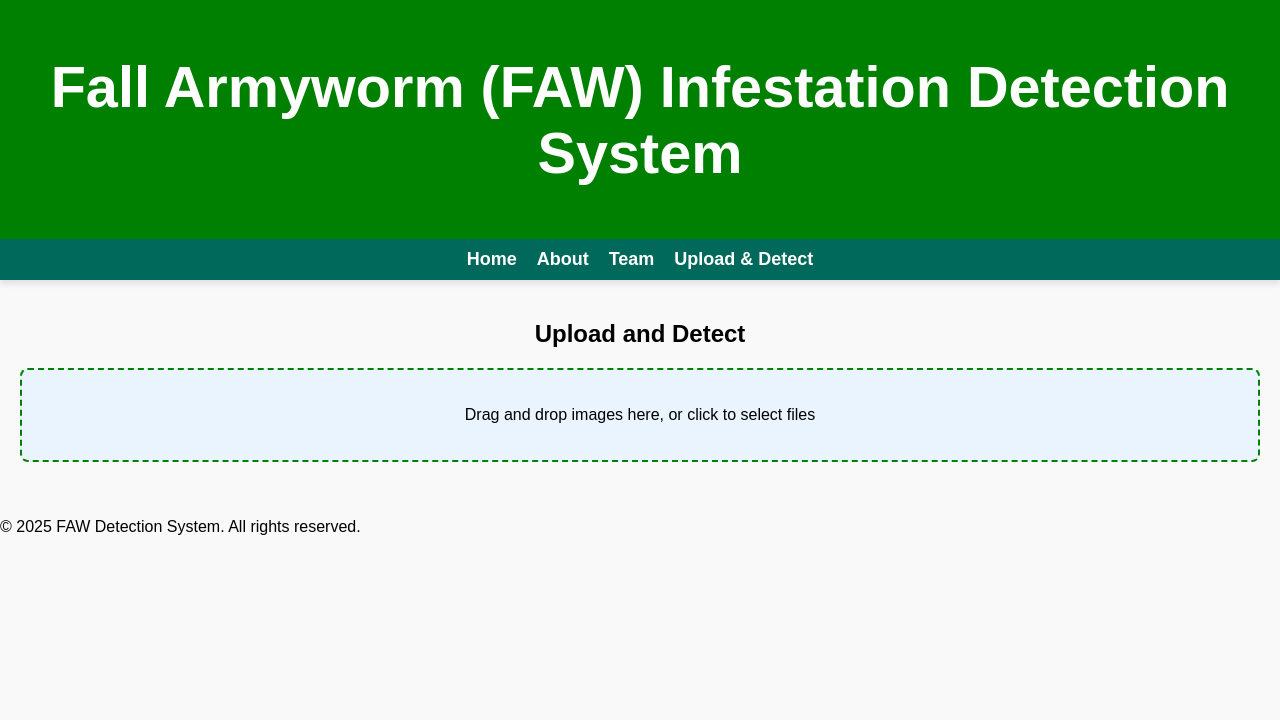
Repository: jansen223/faw-detection-main
Page: /upload-and-detect
An editor plug-in stored every save of this project. The page is shown before and after the next save, followed by the edit.
The browser window is 1280 px wide. The pictures show the whole page.
The project was rebuilt for these pictures with package versions that can differ from the ones it lists, and the page was loaded fresh each time. Also part of the build but not shown: src/pages/Home.css, src/pages/Home.js, src/pages/About.css, src/pages/About.js, src/pages/Team.css, src/pages/Team.js, src/pages/Summary.css, src/pages/Summary.js.

Above is the page before, as saved 2025-04-29 18:56:24.

After the next save:
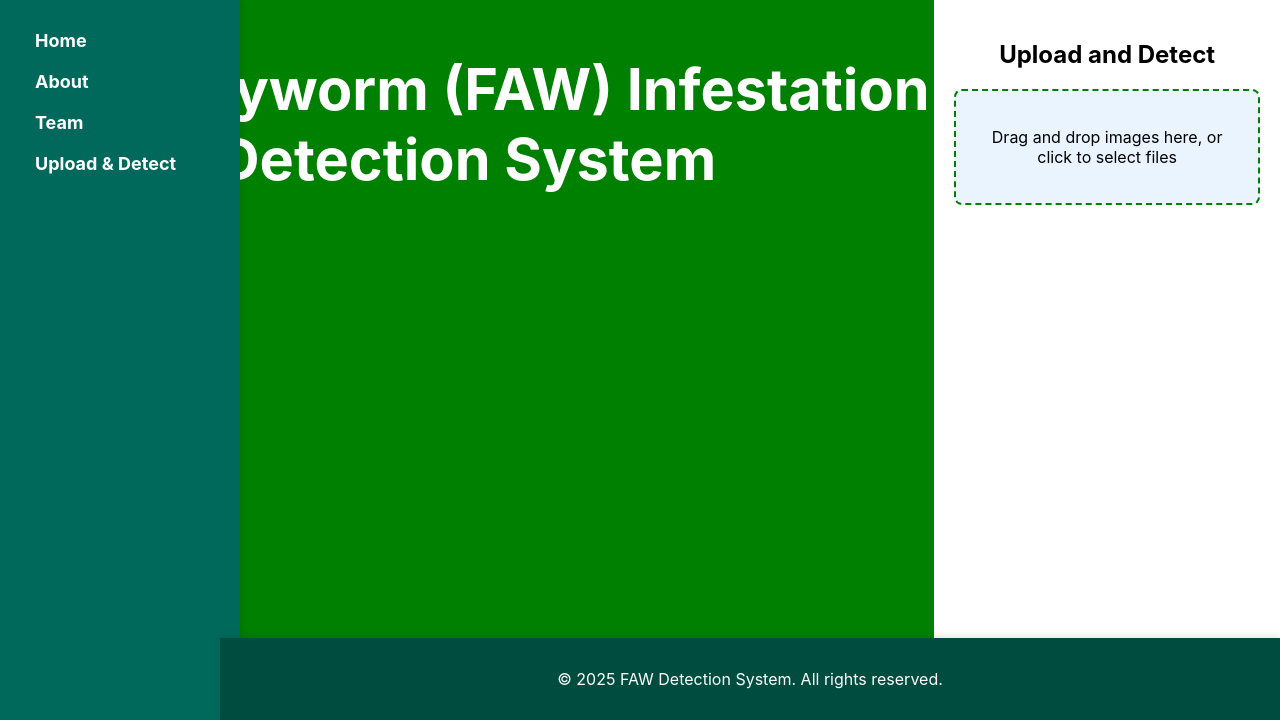
Saved 2 min 49 s later.
--- a/src/App.css
+++ b/src/App.css
@@ -1,14 +1,7 @@
-html,
-body {
-  margin: 0;
-  padding: 0;
-  font-family: 'Arial', sans-serif; /* Use a clean, modern font */
-  background-color: #f9f9f9; /* Light background for better readability */
-}
-
+/* General App Styling */
 .App {
   display: flex;
-  flex-direction: column;
+  flex-direction: row; /* Change layout to row for sidebar */
   min-height: 100vh;
 }
 
@@ -19,28 +12,32 @@
   font-size: 1.8rem;
   font-weight: bold;
   padding: 15px 0;
+  width: 100%; /* Ensure header spans the full width */
 }
 
 .App-navbar {
   background-color: #00695c;
   color: white;
-  padding: 10px 20px;
+  padding: 20px;
   display: flex;
-  justify-content: center;
-  align-items: center;
-  box-shadow: 0 4px 6px rgba(0, 0, 0, 0.1);
+  flex-direction: column; /* Stack links vertically */
+  gap: 15px;
+  width: 200px; /* Fixed width for the sidebar */
+  height: 100vh; /* Full height of the viewport */
+  position: fixed; /* Keep the sidebar fixed */
+  top: 0;
+  left: 0;
+  box-shadow: 2px 0 6px rgba(0, 0, 0, 0.1);
 }
 
 .App-navbar ul {
   list-style: none;
-  display: flex;
-  gap: 20px;
+  padding: 0;
   margin: 0;
-  padding: 0;
 }
 
 .App-navbar li {
-  display: inline;
+  margin: 0;
 }
 
 .App-navbar a {
@@ -48,22 +45,33 @@
   text-decoration: none;
   font-weight: bold;
   font-size: 18px;
+  padding: 10px 15px;
+  display: block;
+  border-radius: 4px;
+  transition: background-color 0.3s ease;
 }
 
 .App-navbar a:hover {
-  text-decoration: underline;
+  background-color: #004d40;
 }
 
-.dropzone {
-  border: 2px dashed green;
+/* Main Content Styling */
+.App-content {
+  margin-left: 220px; /* Add margin to account for the sidebar */
   padding: 20px;
-  text-align: center;
-  margin-bottom: 20px;
+  flex: 1; /* Allow content to take up remaining space */
 }
 
-.map-container {
-  margin-top: 20px;
-  border: 1px solid #ddd;
-  border-radius: 8px;
-  overflow: hidden;
+/* Footer Styling */
+.App-footer {
+  background-color: #004d40;
+  color: white;
+  text-align: center;
+  padding: 15px 0;
+  margin-top: auto;
+  position: fixed;
+  bottom: 0;
+  left: 220px; /* Align with the content area */
+  width: calc(100% - 220px); /* Adjust width to exclude sidebar */
+  box-shadow: 0 -2px 6px rgba(0, 0, 0, 0.1);
 }

After the save that followed:
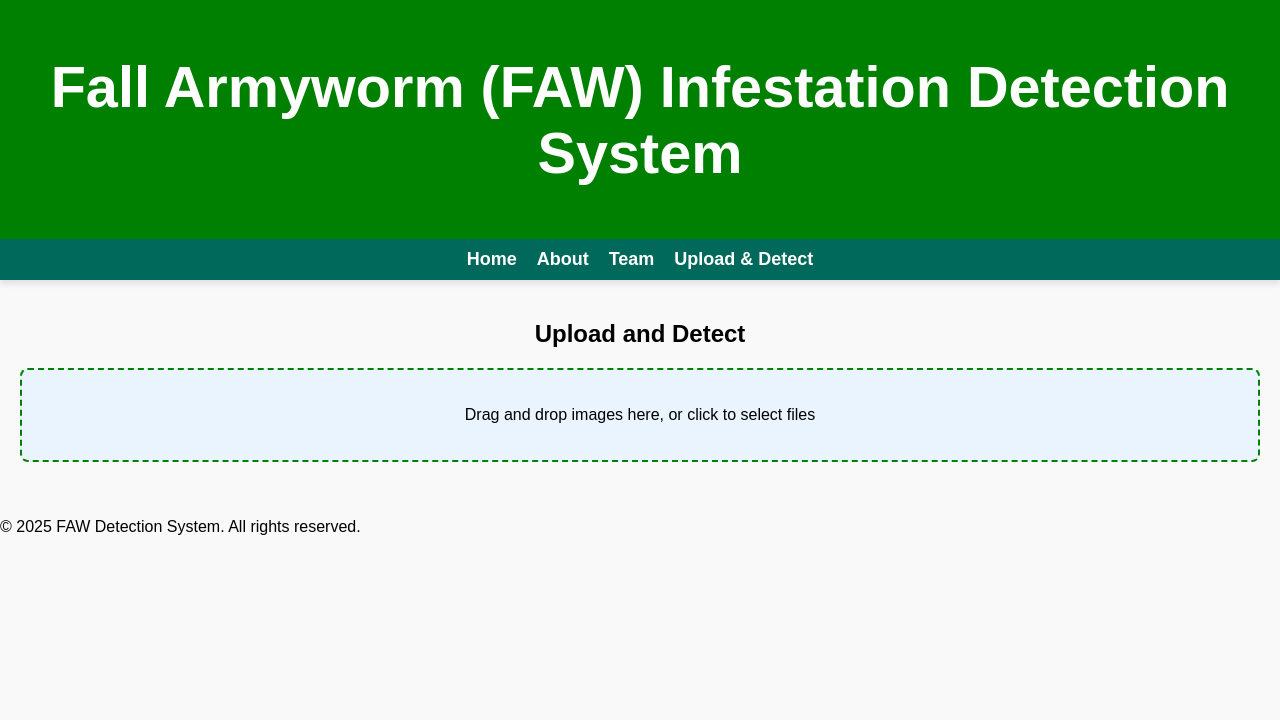
Saved 30 s later.
--- a/src/App.css
+++ b/src/App.css
@@ -1,7 +1,14 @@
-/* General App Styling */
+html,
+body {
+  margin: 0;
+  padding: 0;
+  font-family: 'Arial', sans-serif; /* Use a clean, modern font */
+  background-color: #f9f9f9; /* Light background for better readability */
+}
+
 .App {
   display: flex;
-  flex-direction: row; /* Change layout to row for sidebar */
+  flex-direction: column;
   min-height: 100vh;
 }
 
@@ -12,32 +19,28 @@
   font-size: 1.8rem;
   font-weight: bold;
   padding: 15px 0;
-  width: 100%; /* Ensure header spans the full width */
 }
 
 .App-navbar {
   background-color: #00695c;
   color: white;
-  padding: 20px;
+  padding: 10px 20px;
   display: flex;
-  flex-direction: column; /* Stack links vertically */
-  gap: 15px;
-  width: 200px; /* Fixed width for the sidebar */
-  height: 100vh; /* Full height of the viewport */
-  position: fixed; /* Keep the sidebar fixed */
-  top: 0;
-  left: 0;
-  box-shadow: 2px 0 6px rgba(0, 0, 0, 0.1);
+  justify-content: center;
+  align-items: center;
+  box-shadow: 0 4px 6px rgba(0, 0, 0, 0.1);
 }
 
 .App-navbar ul {
   list-style: none;
+  display: flex;
+  gap: 20px;
+  margin: 0;
   padding: 0;
-  margin: 0;
 }
 
 .App-navbar li {
-  margin: 0;
+  display: inline;
 }
 
 .App-navbar a {
@@ -45,33 +48,22 @@
   text-decoration: none;
   font-weight: bold;
   font-size: 18px;
-  padding: 10px 15px;
-  display: block;
-  border-radius: 4px;
-  transition: background-color 0.3s ease;
 }
 
 .App-navbar a:hover {
-  background-color: #004d40;
+  text-decoration: underline;
 }
 
-/* Main Content Styling */
-.App-content {
-  margin-left: 220px; /* Add margin to account for the sidebar */
+.dropzone {
+  border: 2px dashed green;
   padding: 20px;
-  flex: 1; /* Allow content to take up remaining space */
+  text-align: center;
+  margin-bottom: 20px;
 }
 
-/* Footer Styling */
-.App-footer {
-  background-color: #004d40;
-  color: white;
-  text-align: center;
-  padding: 15px 0;
-  margin-top: auto;
-  position: fixed;
-  bottom: 0;
-  left: 220px; /* Align with the content area */
-  width: calc(100% - 220px); /* Adjust width to exclude sidebar */
-  box-shadow: 0 -2px 6px rgba(0, 0, 0, 0.1);
+.map-container {
+  margin-top: 20px;
+  border: 1px solid #ddd;
+  border-radius: 8px;
+  overflow: hidden;
 }
